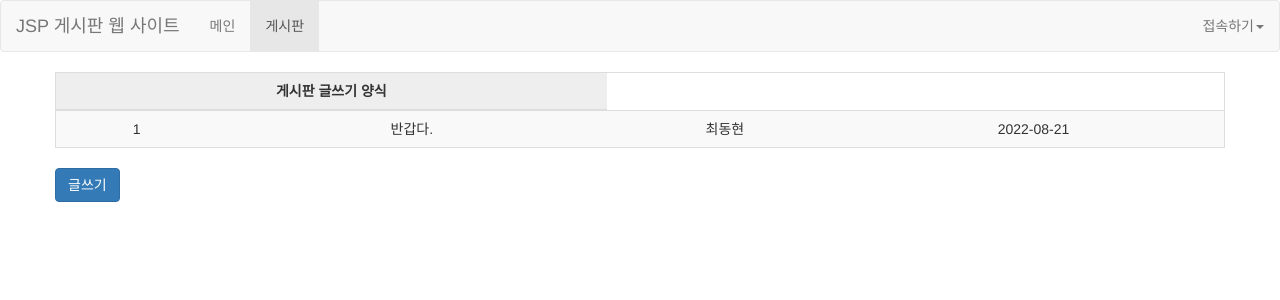
Repository: flown222/JSP_BasicWebsite_Project
Page: http://localhost/BBS/write.jsp
An editor plug-in stored every save of this project. The page is shown before and after the next save, followed by the edit.
The browser window is 1280 px wide. The pictures show the whole page.
The page is served by Tomcat 9.

Above is the page before, as saved 2022-08-21 07:18:50.

After the next save:
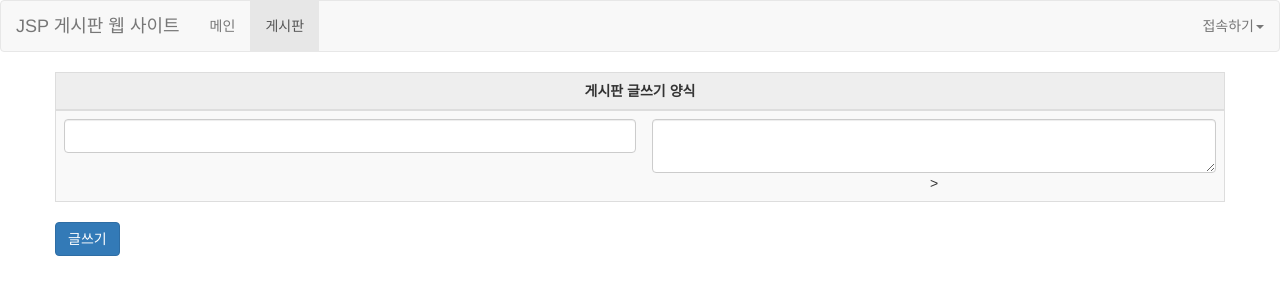
Saved 3 min 26 s later.
--- a/projects /BBS/src/main/webapp/write.jsp
+++ b/projects /BBS/src/main/webapp/write.jsp
@@ -78,10 +78,10 @@
 				</thead>
 				<tbody>
 					<tr>
-						<td>1</td>
-						<td>반갑다.</td>
-						<td>최동현</td>
-						<td>2022-08-21</td>
+						<td><input type="text" class="form-control" placeholer="글 제목을 입력하세요."
+						name="bbsTitle" maxlength="50"></td>
+						<td><textarea type="text" class="form-control" placeholer="글 내용을 입력하세요."
+						name="bbsContent" maxlength="50"></textarea>></td>
 					</tr>
 				</tbody>
 			</table>
